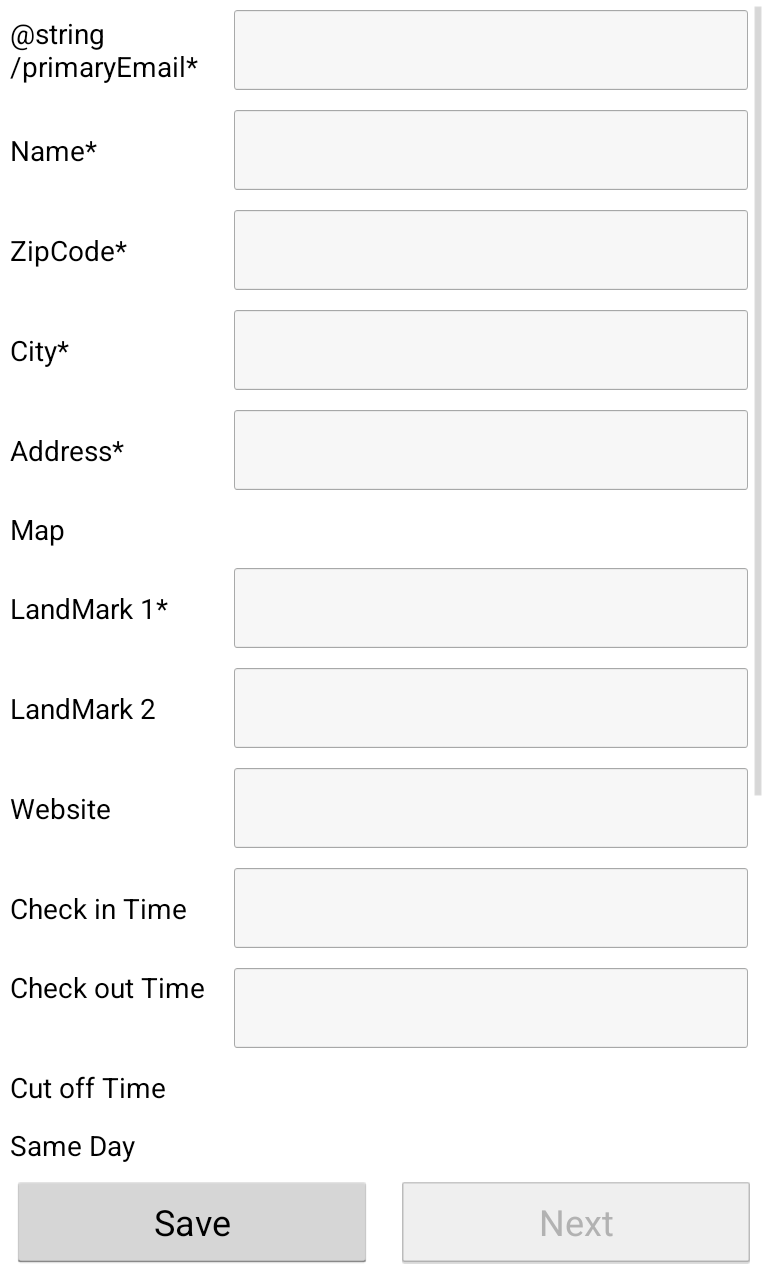
Repository: pankajk7/hotel_mockup
Layout: Hotel_MockUp/res/layout/hotel_creation_layout.xml
The author's editor kept a copy of each file at every save. The layout is drawn from the files as they stood at one save, then again after the next save.
It is drawn on a 768 x 1280 px phone screen (xhdpi) without system bars, with theme AppTheme; the app's code is not run.

Above is the layout before, as saved 2014-11-03 06:16:01.

### Hotel_MockUp/res/layout/hotel_creation_layout.xml
<?xml version="1.0" encoding="utf-8"?>
<LinearLayout xmlns:android="http://schemas.android.com/apk/res/android"
    android:layout_width="fill_parent"
    android:layout_height="fill_parent"
    android:orientation="vertical" >

    <ScrollView
        android:layout_width="match_parent"
        android:layout_height="match_parent"
        android:layout_weight="1" >

        <LinearLayout
            android:layout_width="match_parent"
            android:layout_height="match_parent"
            android:orientation="vertical" >

            <LinearLayout
                android:layout_width="match_parent"
                android:layout_height="wrap_content"
                android:layout_margin="5dp"
                android:orientation="horizontal" >

                <TextView
                    android:layout_width="match_parent"
                    android:layout_height="match_parent"
                    android:layout_weight="2.5"
                    style="@style/textviewstyle"
                    android:gravity="center_vertical|left"
                    android:text="@string/primaryEmail*"
                    android:textSize="14dp" />

                <EditText
                    android:id="@+id/edittext_hotel_creation_email"
                    android:layout_width="match_parent"
                    android:layout_height="40dp"
                    style="@style/edittextstyle"
                    android:layout_marginLeft="5dp"
                    android:layout_marginRight="5dp"
                    android:layout_weight="1"
                    android:inputType="textEmailAddress"
                    android:singleLine="true" />
            </LinearLayout>

            <LinearLayout
                android:layout_width="match_parent"
                android:layout_height="wrap_content"
                android:layout_margin="5dp"
                android:orientation="horizontal" >

                <TextView
                    android:layout_width="match_parent"
                    android:layout_height="match_parent"
                    android:layout_weight="2.5"
                    style="@style/textviewstyle"
                    android:gravity="center_vertical|left"
                    android:text="@string/name" />

                <EditText
                    android:id="@+id/edittext_hotel_creation_name"
                    android:layout_width="match_parent"
                   android:layout_height="40dp"
                    style="@style/edittextstyle"
                    android:layout_marginLeft="5dp"
                    android:layout_marginRight="5dp"
                    android:inputType="textPersonName"
                    android:layout_weight="1" />
            </LinearLayout>

            <LinearLayout
                android:layout_width="match_parent"
                android:layout_height="wrap_content"
                android:layout_margin="5dp"
                android:orientation="horizontal" >

                <TextView
                    android:layout_width="match_parent"
                    android:layout_height="match_parent"
                    android:layout_weight="2.5"
                    style="@style/textviewstyle"
                    android:gravity="center_vertical|left"
                    android:text="@string/zipcode" />

                <EditText
                    android:id="@+id/edittext_hotel_creation_zipcode"
                    android:layout_width="match_parent"
                    android:layout_height="40dp"
                    style="@style/edittextstyle"
                    android:layout_marginLeft="5dp"
                    android:layout_marginRight="5dp"
                    android:maxLength="6"
                    android:layout_weight="1"
                    android:inputType="number"
                    android:singleLine="true"/>
            </LinearLayout>

            <LinearLayout
                android:layout_width="match_parent"
                android:layout_height="wrap_content"
                android:layout_margin="5dp"
                android:orientation="horizontal" >

                <TextView
                    android:layout_width="match_parent"
                    android:layout_height="match_parent"
                    android:layout_weight="2.5"
                    style="@style/textviewstyle"
                    android:gravity="center_vertical|left"
                    android:text="@string/city" />

                <EditText
                    android:id="@+id/edittext_hotel_creation_city"
                    android:layout_width="match_parent"
                    android:layout_height="40dp"
                    style="@style/edittextstyle"
                    android:layout_marginLeft="5dp"
                    android:layout_marginRight="5dp"
                    android:layout_weight="1"
                    android:inputType="textPostalAddress"
                    android:singleLine="true" />
            </LinearLayout>

            <LinearLayout
                android:layout_width="match_parent"
                android:layout_height="wrap_content"
                style="@style/textviewstyle"
                android:layout_margin="5dp"
                android:orientation="horizontal" >

                <TextView
                    android:layout_width="match_parent"
                    android:layout_height="match_parent"
                    android:layout_weight="2.5"
                    style="@style/textviewstyle"
                    android:gravity="center_vertical|left"
                    android:text="@string/address" />

                <EditText
                    android:id="@+id/edittext_hotel_creation_address"
                    android:layout_width="match_parent"
                    android:layout_height="40dp"
                    style="@style/edittextstyle"
                    android:layout_marginLeft="5dp"
                    android:layout_marginRight="5dp"
                    android:layout_weight="1"
                    android:singleLine="true" />
            </LinearLayout>

            <LinearLayout
                android:layout_width="match_parent"
                android:layout_height="wrap_content"
                android:layout_margin="5dp"
                android:orientation="horizontal" >

                <TextView
                    android:layout_width="match_parent"
                    android:layout_height="match_parent"
                    android:layout_weight="2.5"
                    style="@style/textviewstyle"
                    android:gravity="center_vertical|left"
                    android:text="@string/map" />
            </LinearLayout>

            <LinearLayout
                android:layout_width="match_parent"
                android:layout_height="wrap_content"
                android:layout_margin="5dp"
                android:orientation="horizontal" >

                <TextView
                    android:layout_width="match_parent"
                    android:layout_height="match_parent"
                    android:layout_weight="2.5"
                    style="@style/textviewstyle"
                    android:gravity="center_vertical|left"
                    android:text="@string/landmark1" />

                <EditText
                    android:id="@+id/edittext_hotel_creation_landmark1"
                    android:layout_width="match_parent"
                    android:layout_height="40dp"
                    style="@style/edittextstyle"
                    android:layout_marginLeft="5dp"
                    android:layout_marginRight="5dp"
                    android:layout_weight="1"
                    android:singleLine="true" />
            </LinearLayout>

            <LinearLayout
                android:layout_width="match_parent"
                android:layout_height="wrap_content"
                android:layout_margin="5dp"
                android:orientation="horizontal" >

                <TextView
                    android:layout_width="match_parent"
                    android:layout_height="match_parent"
                    android:layout_weight="2.5"
                    style="@style/textviewstyle"
                    android:gravity="center_vertical|left"
                    android:text="@string/landmark2" />

                <EditText
                    android:id="@+id/edittext_hotel_creation_landmark2"
                    android:layout_width="match_parent"
                    android:layout_height="40dp"
                    style="@style/edittextstyle"
                    android:layout_marginLeft="5dp"
                    android:layout_marginRight="5dp"
                    android:layout_weight="1"
                    android:singleLine="true" />
            </LinearLayout>

            <LinearLayout
                android:layout_width="match_parent"
                android:layout_height="wrap_content"
                android:layout_margin="5dp"
                android:orientation="horizontal" >

                <TextView
                    android:layout_width="match_parent"
                    android:layout_height="match_parent"
                    android:layout_weight="2.5"
                    style="@style/textviewstyle"
                    android:gravity="center_vertical|left"
                    android:text="@string/website" />
                <EditText
                    android:id="@+id/edittext_hotel_creation_website"
                    android:layout_width="match_parent"
                    android:layout_height="40dp"
                    style="@style/edittextstyle"
                    android:layout_marginLeft="5dp"
                    android:layout_marginRight="5dp"
                    android:layout_weight="1"
                    android:singleLine="true" />
            </LinearLayout>

             <LinearLayout
                android:layout_width="match_parent"
                android:layout_height="wrap_content"
                android:layout_margin="5dp"
                android:orientation="horizontal" >

                <TextView
                   android:layout_width="match_parent"
                    android:layout_height="match_parent"
                    android:layout_weight="2.5"
                    style="@style/textviewstyle"
                    android:gravity="center_vertical|left"
                    android:text="@string/checkin" />

                <TextView
                    android:id="@+id/textview_hotel_creation_checkin"
                    android:layout_width="match_parent"
                    android:layout_height="40dp"
                    style="@style/edittextstyle"
                    android:layout_marginLeft="5dp"
                    android:layout_marginRight="5dp"
                    android:layout_weight="1"
                    android:gravity="center_vertical|left"
                    android:singleLine="true" />

            </LinearLayout>



            <LinearLayout
                android:layout_width="match_parent"
                android:layout_height="wrap_content"
                android:layout_margin="5dp"
                android:orientation="horizontal" >

                <TextView
                    android:layout_width="match_parent"
                    android:layout_height="match_parent"
                    android:layout_weight="2.5"
                    style="@style/textviewstyle"
                    android:text="@string/checkout" />

                <TextView
                    android:id="@+id/textview_hotel_creation_checkout"
                    android:layout_width="match_parent"
                    android:layout_height="40dp"
                    style="@style/edittextstyle"
                    android:layout_marginLeft="5dp"
                    android:layout_marginRight="5dp"
                    android:layout_weight="1"
                    android:gravity="center_vertical|left"
                    android:singleLine="true" />

            </LinearLayout>

            <LinearLayout
                android:layout_width="match_parent"
                android:layout_height="wrap_content"
                android:layout_margin="5dp"
                android:orientation="horizontal" >

                <TextView
                    android:layout_width="match_parent"
                    android:layout_height="match_parent"
                    android:layout_weight="4"
                    style="@style/textviewstyle"
                    android:text="@string/cutoff" />
            </LinearLayout>

            <LinearLayout
                android:layout_width="match_parent"
                android:layout_height="wrap_content"
                android:layout_margin="5dp"
                android:orientation="horizontal" >

                <TextView
                    android:layout_width="match_parent"
                    android:layout_height="match_parent"
                    android:layout_weight="2.5"
                    style="@style/textviewstyle"
                    android:gravity="center_vertical|left"
                    android:text="@string/sameday" />

            </LinearLayout>

            <LinearLayout
                android:layout_width="match_parent"
                android:layout_height="wrap_content"
                android:layout_margin="5dp"
                android:orientation="horizontal" >

                <TextView
                    android:layout_width="match_parent"
                    android:layout_height="match_parent"
                    android:layout_weight="4"
                    style="@style/textviewstyle"
                    android:text="@string/days" />
            </LinearLayout>

            <LinearLayout
                android:layout_width="match_parent"
                android:layout_height="wrap_content"
                android:layout_margin="5dp"
                android:orientation="horizontal" >

                <TextView
                    android:layout_width="match_parent"
                    android:layout_height="match_parent"
                    android:layout_weight="2.5"
                    style="@style/textviewstyle"
                    android:gravity="center_vertical|left"
                    android:text="@string/totalroom" />
                <EditText
                    android:id="@+id/edittext_hotel_creation_totalroom"
                    android:layout_width="match_parent"
                    android:layout_height="40dp"
                    style="@style/edittextstyle"
                    android:layout_marginLeft="5dp"
                    android:layout_marginRight="5dp"
                    android:layout_weight="1"
                    android:singleLine="true" />
            </LinearLayout>

            <LinearLayout
                android:layout_width="match_parent"
                android:layout_height="wrap_content"
                android:layout_margin="5dp"
                android:orientation="horizontal" >

                <TextView
                     android:layout_width="match_parent"
                    android:layout_height="match_parent"
                    android:layout_weight="2.5"
                    style="@style/textviewstyle"
                    android:gravity="center_vertical|left"
                    android:text="@string/facilities" />
            </LinearLayout>

            <LinearLayout
                android:layout_width="match_parent"
                android:layout_height="wrap_content"
                android:layout_margin="5dp"
                android:orientation="horizontal" >

                <TextView
                    android:layout_width="match_parent"
                    android:layout_height="match_parent"
                    android:layout_weight="2.5"
                    style="@style/textviewstyle"
                    android:gravity="center_vertical|left"
                    android:text="@string/Description" />
                <EditText
                    android:id="@+id/edittext_hotel_creation_description"
                    android:layout_width="match_parent"
                    android:layout_height="40dp"
                    style="@style/edittextstyle"
                    android:layout_marginLeft="5dp"
                    android:layout_marginRight="5dp"
                    android:layout_weight="1"
                    android:singleLine="true" />
            </LinearLayout>

            <LinearLayout
                android:layout_width="match_parent"
                android:layout_height="wrap_content"
                android:layout_margin="5dp"
                android:orientation="horizontal" >

                <TextView
                    android:layout_width="match_parent"
                    android:layout_height="match_parent"
                    android:layout_weight="2.5"
                    style="@style/textviewstyle"
                    android:gravity="center_vertical|left"
                    android:text="@string/twitterlink" />
                <EditText
                    android:id="@+id/edittext_hotel_creation_twitter"
                    android:layout_width="match_parent"
                    android:layout_height="40dp"
                    style="@style/edittextstyle"
                    android:layout_marginLeft="5dp"
                    android:layout_marginRight="5dp"
                    android:layout_weight="1"
                    android:singleLine="true" />
            </LinearLayout>

            <LinearLayout
                android:layout_width="match_parent"
                android:layout_height="wrap_content"
                android:layout_margin="5dp"
                android:orientation="horizontal" >

                <TextView
                    android:layout_width="match_parent"
                    android:layout_height="match_parent"
                    android:layout_weight="2.5"
                    style="@style/textviewstyle"
                    android:gravity="center_vertical|left"
                    android:text="@string/facebooklink" />
                <EditText
                    android:id="@+id/edittext_hotel_creation_facebook"
                    android:layout_width="match_parent"
                    android:layout_height="40dp"
                    style="@style/edittextstyle"
                    android:layout_marginLeft="5dp"
                    android:layout_marginRight="5dp"
                    android:layout_weight="1"
                    android:singleLine="true" />
            </LinearLayout>
        </LinearLayout>
    </ScrollView>

    <LinearLayout
        android:layout_width="match_parent"
        android:layout_height="wrap_content"
        android:layout_weight="0"
        android:gravity="center"
        android:orientation="horizontal">
        <Button
            android:id="@+id/button_hotel_cration_save"
            android:layout_width="match_parent"
            android:layout_height="match_parent"
            android:layout_weight="1"
            android:layout_margin="5dp"
            android:text="Save"/>
        <Button
            android:id="@+id/button_hotel_cration_next"
            android:layout_width="match_parent"
            android:layout_height="match_parent"
            android:layout_weight="1"
            android:layout_margin="5dp"
            android:text="Next"
            android:enabled="false"/>
    </LinearLayout>

</LinearLayout>

### Hotel_MockUp/res/values/styles.xml
<resources xmlns:android="http://schemas.android.com/apk/res/android">

    <!--
        Base application theme, dependent on API level. This theme is replaced
        by AppBaseTheme from res/values-vXX/styles.xml on newer devices.
    -->
    <style name="AppBaseTheme" parent="@android:style/Theme.Holo.Light">
        <!--
            Theme customizations available in newer API levels can go in
            res/values-vXX/styles.xml, while customizations related to
            backward-compatibility can go here.
        -->
    </style>

    <!-- Application theme. -->
    <style name="AppTheme" parent="@android:style/Theme.Holo.Light">
        <!-- All customizations that are NOT specific to a particular API-level can go here. -->
    </style>

    <style name="edittextstyle" parent="AppBaseTheme">
        <item name="android:background">@drawable/edittext_background</item>
        <item name="android:textColor">#000</item>
        <item name="android:padding">5dp</item>
    </style>

    <style name="textviewstyle" parent="AppBaseTheme">
        <item name="android:textColor">#000</item>
    </style>

</resources>

### Hotel_MockUp/res/values/strings.xml
<?xml version="1.0" encoding="utf-8"?>
<resources>


    <string name="app_name">Hotel_MockUp</string>
    <string name="hello_world">Hello world!</string>
    <string name="title_activity_base">BaseActivity</string>
    <string name="steps">Steps %1$d of 4</string>
    <string name="primaryEmail">Primary Email*</string>
    <string name="name">Name*</string>
    <string name="zipcode">ZipCode*</string>
    <string name="city">City*</string>
    <string name="address">Address*</string>
    <string name="map">Map</string>
    <string name="landmark1">LandMark 1*</string>
    <string name="landmark2">LandMark 2</string>
    <string name="website">Website</string>
    <string name="checkin">Check in Time</string>
    <string name="checkout">Check out Time</string>
    <string name="cutoff">Cut off Time</string>
    <string name="sameday">Same Day</string>
    <string name="days">Days</string>
    <string name="totalroom">Total no. of rooms</string>
    <string name="facilities">Select Facilities</string>
    <string name="Description">Description</string>
    <string name="twitterlink">Twitter Link</string>
    <string name="facebooklink">Facebook Link</string>
    <string name="title_activity_information">InformationActivity</string>
    <string name="primary_contact_information">Primary Contact Information</string>
    <string name="primary_landline">Landline No.</string>
    <string name="primary_mobile">Mobile No.</string>
    <string name="primary_email">Email</string>
    <string name="billing_landline">LandLine No.</string>
    <string name="billing_mobile">Mobile No.</string>
    <string name="billing_email">mobile</string>
    <string name="owner_landline">LandLine No.</string>
    <string name="owner_mobile">Mobile No.</string>
    <string name="owner_email">mobile</string>
    <string name="billing_contact_information">Billing Contact Information</string>
    <string name="owner_contact_information">Owner Contact Information</string>

    <string name="title_activity_image">ImageActivity</string>
    <string name="title_activity_cancellation_policy">CancellationPolicyActivity</string>

    <string-array name="Days">
        <item>Day of arrival (Check in time)</item>
        <item>day 1</item>
        <item>day 2</item>
        <item>day 3</item>
        <item>day 7</item>
        <item>day 14</item>
    </string-array>

    <string-array name="Condition">
        <item>of the first night</item>
        <item>of the full stay</item>
    </string-array>


</resources>

### Hotel_MockUp/res/values-v11/styles.xml
<resources>

    <!--
        Base application theme for API 11+. This theme completely replaces
        AppBaseTheme from res/values/styles.xml on API 11+ devices.
    -->
    <style name="AppBaseTheme" parent="">
        <!-- API 11 theme customizations can go here. -->
    </style>

</resources>

### Hotel_MockUp/res/values-v14/styles.xml
<resources>

    <!--
        Base application theme for API 14+. This theme completely replaces
        AppBaseTheme from BOTH res/values/styles.xml and
        res/values-v11/styles.xml on API 14+ devices.
    -->
    <style name="AppBaseTheme" parent="">
        <!-- API 14 theme customizations can go here. -->
    </style>

</resources>

After the next save:
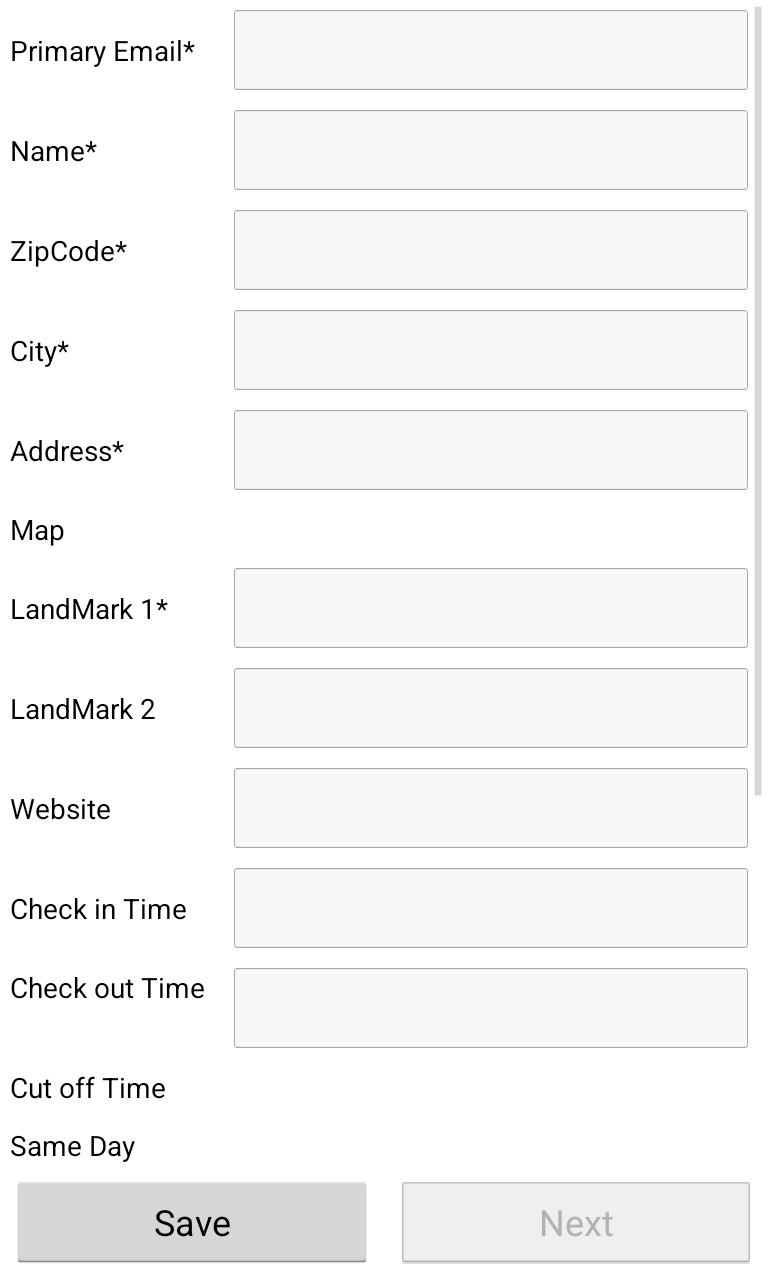
Saved 2 s later.
--- a/Hotel_MockUp/res/layout/hotel_creation_layout.xml
+++ b/Hotel_MockUp/res/layout/hotel_creation_layout.xml
@@ -26,7 +26,7 @@
                     android:layout_weight="2.5"
                     style="@style/textviewstyle"
                     android:gravity="center_vertical|left"
-                    android:text="@string/primaryEmail*"
+                    android:text="@string/primaryEmail"
                     android:textSize="14dp" />
 
                 <EditText
